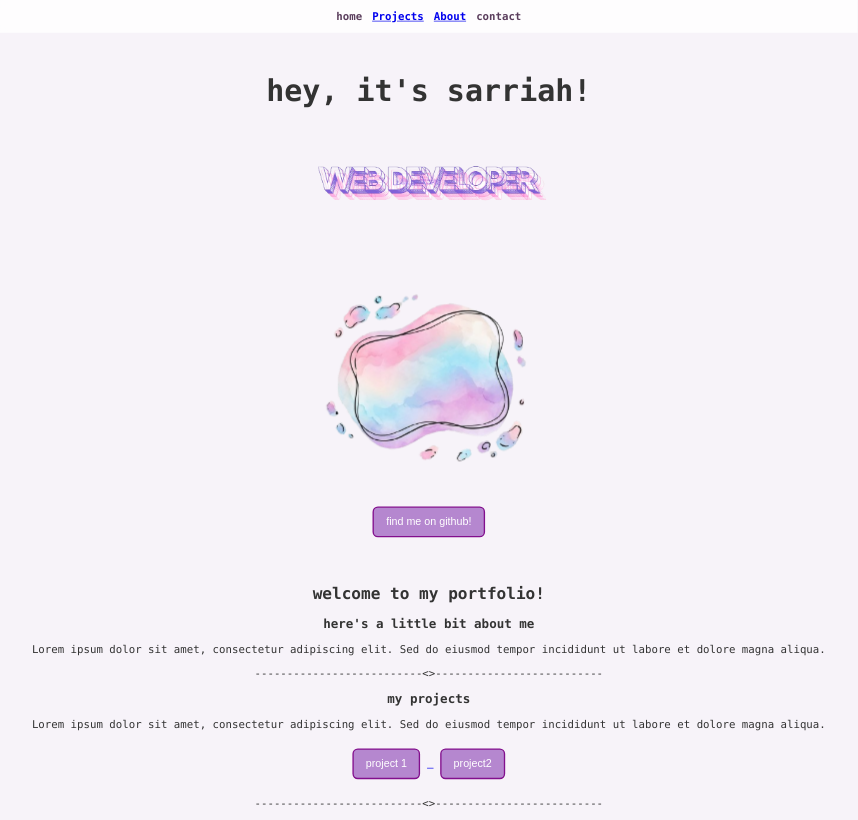
Repository: sarriah/sarriah
Page: homepage.html
An editor plug-in stored every save of this project. The page is shown before and after the next save, followed by the edit.
The browser window is 1280 px wide. The pictures show the whole page, at 67% of full size.

Above is the page before, as saved 2026-05-15 19:20:57.

After the next save:
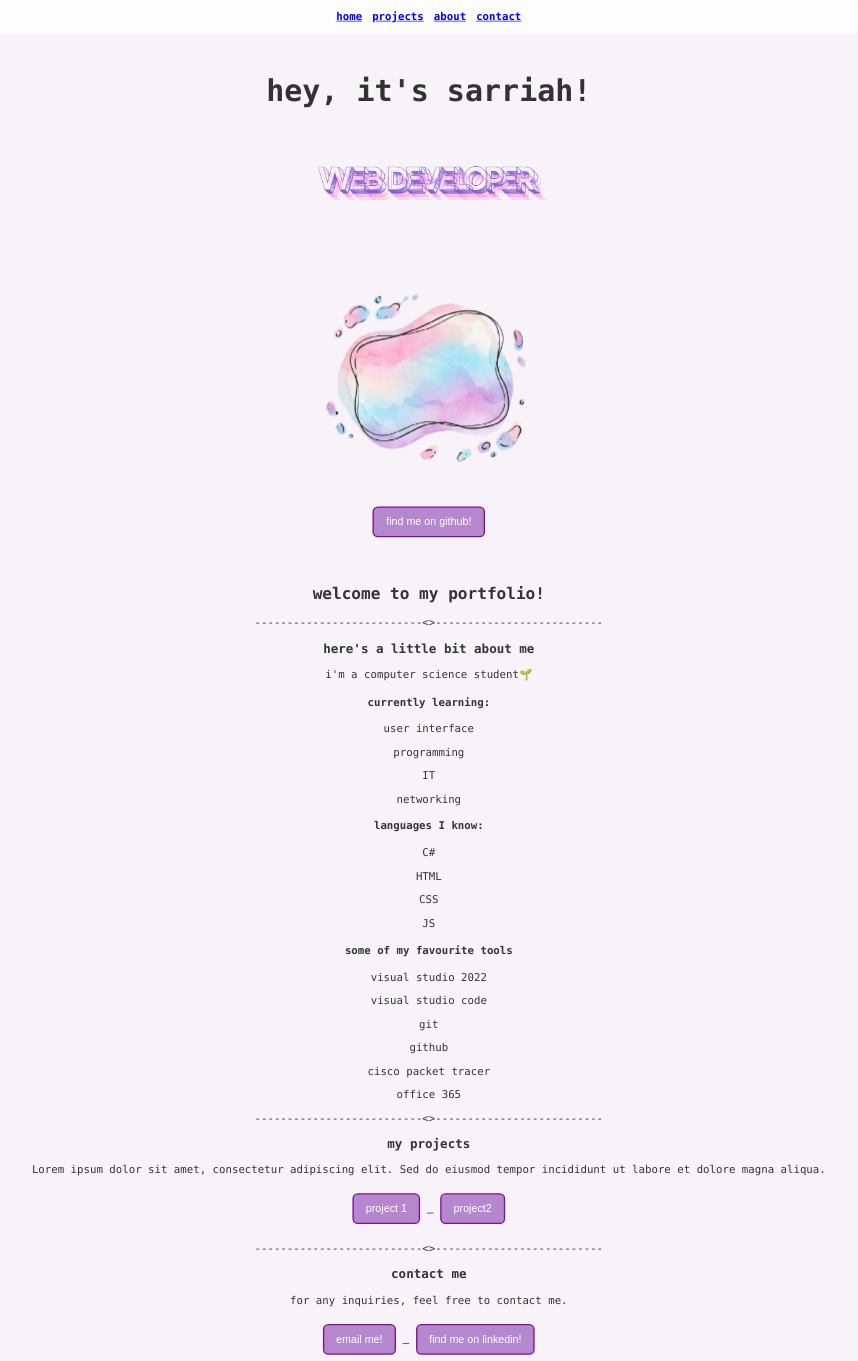
Saved 11 min 40 s later.
--- a/homepage.html
+++ b/homepage.html
@@ -14,10 +14,10 @@
 
     <nav class="navBar">
         <!-- nav is good but fixing links later so they go to real sections instead of README PLUS fixing CSS-->
-        <a class="navBar" href="homepage.html">home</a>
-        <a href="#projects">Projects</a>
-        <a href="#about">About</a>
-        <a class="navBar" href="README.md">contact</a>
+        <a href="homepage.html">home</a>
+        <a href="#projects">projects</a>
+        <a href="#about">about</a>
+        <a href="#contact">contact</a>
     </nav>
 
     <header>
@@ -38,10 +38,31 @@
     <main>
         <!-- content should eventually go here -->
         <h2>welcome to my portfolio!</h2>
+         <p>--------------------------<>--------------------------</p>
+        <section id="about">
         <h3>here's a little bit about me</h3>
 
-        <p>Lorem ipsum dolor sit amet, consectetur adipiscing elit. Sed do eiusmod tempor incididunt ut labore et dolore magna aliqua.</p>
+        <p>i'm a computer science student🌱 </p>
+        <h4>currently learning:</h4>
+        <p>user interface </p>
+        <p>programming</p>
+        <p>IT
+        <p>networking</p>
 
+        <h4>languages I know: </h4>
+        <p>C#</p>
+        <p>HTML </p>
+        <p>CSS </p>
+        <p>JS</p>
+
+        <h4>some of my favourite tools</h4>
+        <p>visual studio 2022</p>
+        <p>visual studio code</p>
+        <p>git</p>
+        <p>github</p>
+        <p>cisco packet tracer</p>
+        <p>office 365</p>
+        </section>
 
         <p>--------------------------<>--------------------------</p>
         <section id="projects">
@@ -67,8 +88,16 @@
     </main>
 
     <footer>
-        <!-- footer is fine but currently empty— could add smt small later -->
-        <p></p>
+        <section id="contact">
+        <h3>contact me</h3>
+        <p>for any inquiries, feel free to contact me.</p>
+        <a href="mailto:sarriahgoodridge@gmail.com">
+        <button>email me!</button>
+        </a>
+
+        <a href="https://www.linkedin.com/in/sarriah-goodridge-83776b403" target="_blank">
+        <button>find me on linkedin!</button>
+        </a>
     </footer>
 
 </body>
